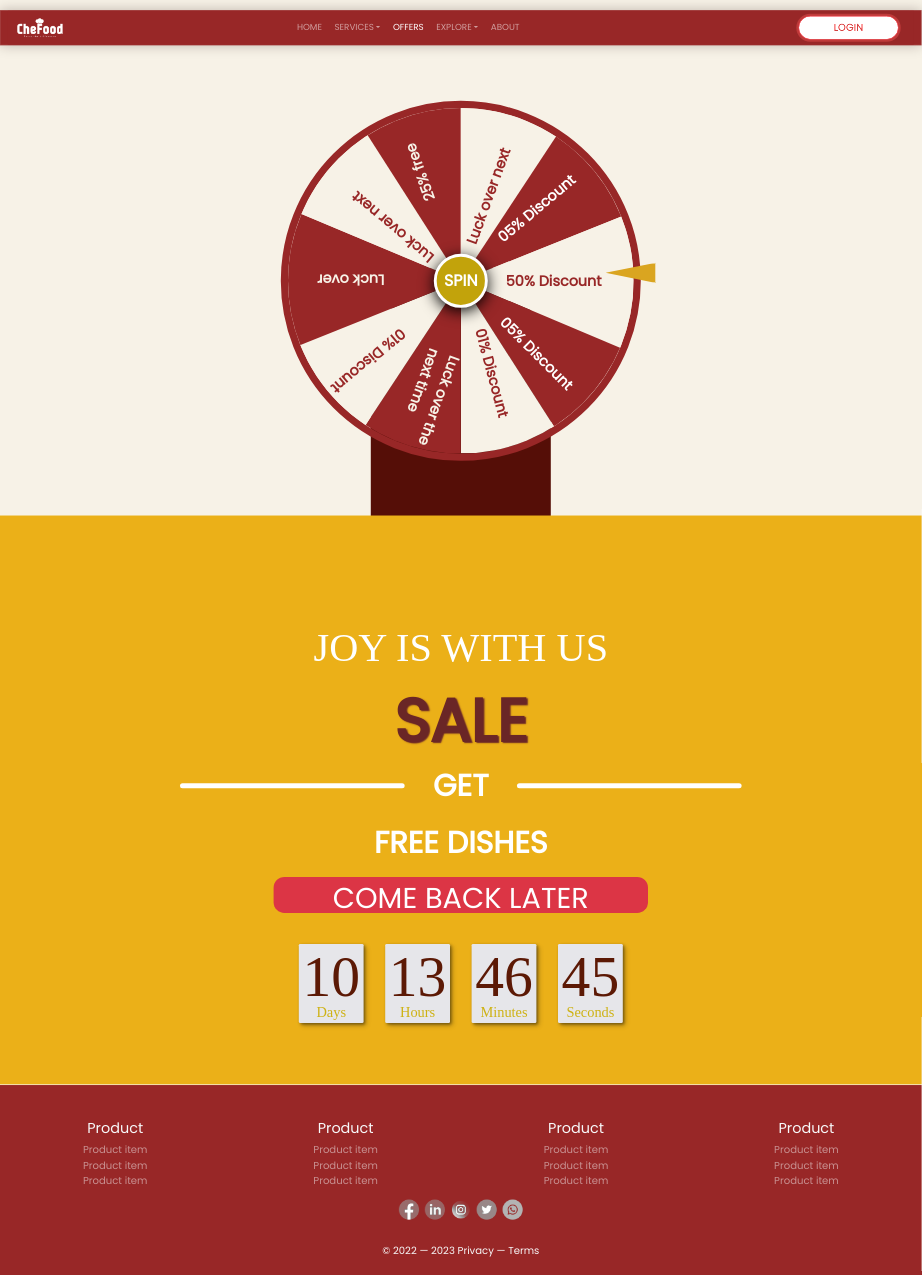
Repository: qamchamine/chefood
Page: /offers (app in front-end/)
These files come from the project's save history. The page is drawn as it stood at one moment and after a run of saves; the edit follows.
The browser window is 1280 px wide. The pictures show the whole page, at 72% of full size.
The project was rebuilt for these pictures with package versions that can differ from the ones it lists, and the page was loaded fresh each time. Some packages were replaced by stand-ins written for this rebuild. Also part of the build but not shown: front-end/src/components/small_components/ButtonMain.jsx, front-end/src/components/small_components/HomeCard.jsx, front-end/src/components/small_components/HomeCardFullSection.jsx, front-end/src/components/pages/Home.jsx, front-end/src/css/explore.css, front-end/src/components/pages/sub-pages/Gallery.jsx, front-end/src/components/pages/sub-pages/Delivery.jsx, front-end/src/components/small_components/ComponentToPrint.jsx and 28 more. Imported but missing from the stored project, and not drawn on this page: front-end/src/sounds/applause.mp3, front-end/src/sounds/wheel.mp3.

Above is the page before, as saved 2023-06-18 19:55:28.

### front-end/public/index.html
<!DOCTYPE html>
<html lang="en">
  <head>
    <meta charset="utf-8" />
    <link rel="icon" href="%PUBLIC_URL%/favicon.ico" />
    <meta name="viewport" content="width=device-width, initial-scale=1" />
    <meta name="theme-color" content="#000000" />
    <meta
      name="description"
      content="Web site created using create-react-app"
    />
    <link
    rel="stylesheet"
    href="https://fonts.googleapis.com/css?family=Roboto:400,700"
  />
    <link rel="apple-touch-icon" href="%PUBLIC_URL%/logo192.png" />
    <link rel="manifest" href="%PUBLIC_URL%/manifest.json" />

    <link rel="stylesheet" href="https://fonts.googleapis.com/icon?family=Material+Icons">

    <link rel="stylesheet" href="https://maxcdn.bootstrapcdn.com/font-awesome/4.7.0/css/font-awesome.min.css">
    <script src="https://code.jquery.com/jquery-3.5.1.min.js"></script>
    <script src="https://cdn.jsdelivr.net/npm/popper.js@1.16.0/dist/umd/popper.min.js"></script>




    <title>React App</title>
  </head>
  <body>

    <div id="root"></div>
<!--     <script src="jquery/jquery-3.6.0.js"></script>  -->
    <script src="https://unpkg.com/sweetalert/dist/sweetalert.min.js"></script>

  </body>
</html>

### front-end/src/components/pages/Offers.jsx
import React from 'react'
import WheelSpin from '../small_components/WheelSpin'
import OffersButtom from '../small_components/OffersButtom'
export default function Offers() {
  return (
    <div>


      <WheelSpin/>
      <OffersButtom/>
    </div>
  )
}

### front-end/src/css/home.css
.homeBG {
    height: fit-content;
    position: relative;
    right: -10%;
    top: 34%;
    z-index: -1;
    width: 100em !important;


}
@font-face {
    font-family: 'poppin';
    src: url('../fonts/Poppins/Poppins-Regular.ttf') ;
    font-weight: normal;
    font-style: normal;
  }
body {
    font-family:'poppin', sans-serif !important;
    background-color: #F7F2E7 !important;
    max-width: 100vw;
    font-weight: normal !important;
    overflow-x: hidden;
    font-size: 14px !important;
}

body::-webkit-scrollbar {
    width: 0;
}

.nb {
/*     position: fixed; */
/*     top: 1em; */
    background-color: #982727 !important;
    box-shadow: 0 0px 20px #1f020241;
    border: 1px solid #ffffff22;
}

.navbar {
    background-color: #982727 !important;
}

.changeColor {
    background-color: blue !important;
}

.signUP {
    background: white !important;
    color: #982727 !important;
    font-weight: bold !important;
    outline: 5px solid #982727ab;
    outline-offset: -2px;
    transition: 500ms ease;


}

.homeContent {
    height: 90vh;
    z-index: 0;
    margin-top: -1.5em !important;
}

.homeContent h1 {
    color: #F7F2E7;
    text-align: start;
width: 40vw !important;
}

.homeContent h1 span {
    position: relative;
    display: inline-block;
    margin-bottom: 10px;
    padding: 4px 20px 8px;
    transition: 1s ease;
}

.homeContent h1 span::before {
    content: '';
    position: absolute;
    background: #982727;
    left: 0;
    top: 0;
    z-index: -1;
    width: 100%;
    height: 100%;
    transform: skew(-10deg);
}

.homeContent h1 span:last-child::before {
    transform: skew(10deg);
}

.homeContent p {
    width: 72%;
    color: #982727;
    text-align: left;
}

.homeContent .homeMainButtons {
    width: 72%;
}

.cardBtn {
    transition: 1s ease;
}

.cardBtn:hover {
    filter: brightness(130%);

}

.cardBtn i {
    left: 63%;
    transition: 300ms ease;
}

.cardBtn:hover i {
    left: 75%;
}

.btnMain:hover {
    filter: brightness(130%);
}

.card-img-top {
    object-fit: cover;
}

.signUP:hover {

    background: #982727 !important;
    color: white !important;
    font-weight: bold !important;
    outline: 5px solid #ffffff55;
    outline-offset: -4px;
}

.cardsGroup:not(:first-child) {
    translate: 50% 0;
}

.arrow-1-1 {
    position: absolute;
    top: 50%;
    left: 0;
}

.home .carousel-control-prev-icon,
.home .carousel-control-next-icon {

    width: 1.3em;
    height: 1.3em;
    color:black !important;

    outline: 12px solid #982929;
    outline-offset: -1px;
    background-color: #982929;
    background-size: 100%, 100%;
    border-radius: 50%;
    box-shadow: 0 0 10px black;
}

.home .carousel-control-prev,
.home .carousel-control-next {
    z-index: 10;
    width: 4em !important;
/*     background: red; */

}

/* .py-4 {
    padding-top: 0rem !important;
    padding-bottom: 0rem !important;
} */

.nb{
    zoom:87%;
}

### front-end/src/css/delivery.css
.price {
    background: #982727;
    color: white;
    text-align: center;
    padding-block: 1em;
    border-radius: .5em;
}

.delivery-page .card {
    transition: 300ms ease;
    user-select: none;
}

.delivery-page .card ul {
    list-style-type: none;
}

.delivery-page .card:hover {
    filter: contrast(120%);
    cursor: pointer;
    outline: .3em solid #982727;
    box-shadow: 0 .4em 0px .3em #982727 !important;
}

.delivery-page {
    height: fit-content;
    display: flex;
    align-items: center;
    margin-top: 8em !important;
}
.scroll-bar-activated::-webkit-scrollbar {
    display: block !important;
    background: rgba(255, 0, 0, 0) !important;
    width: 1em !important;
}
.scroll-bar-activated{
    overflow: overlay !important;

}
.scroll-bar-activated::-webkit-scrollbar-thumb {
    display: block !important;
    background: linear-gradient(to bottom,transparent 0% 23%,#982727 20% 70%,transparent 50% 100%) !important;
    z-index: 10000000 !important;
    width: 10px !important;
}

.delivery-page>div {
    height: fit-content;
    position: relative;

}

.delivery-page>div:last-child h5 img {
    height: 11em;
}

h1.section-2{
    margin-top: 4em ;
}
.cards2{
    margin-bottom: 5em ;
}
h1{
    text-transform: uppercase;
    color: #6a2626;;
}

### front-end/src/components/small_components/WheelSpin.jsx
import React, { useEffect,useContext } from 'react'
import '../../css/spinWheel.css'
import applause from '../../sounds/applause.mp3'
import wheel from '../../sounds/wheel.mp3'
import {Link} from 'react-router-dom'
import swal from 'sweetalert2'
import { LoginContext } from '../../config/LoginContext'
export default function WheelSpin() {
  const { isLoggedIn } = useContext(LoginContext);

useEffect(() => {


    function shuffle(array) {
        var currentIndex = array.length,
          randomIndex;

        // While there remain elements to shuffle...
        while (0 !== currentIndex) {
          // Pick a remaining element...
          randomIndex = Math.floor(Math.random() * currentIndex);
          currentIndex--;

          // And swap it with the current element.
          [array[currentIndex], array[randomIndex]] = [
            array[randomIndex],
            array[currentIndex],
          ];
        }

        return array;
      }

      document.querySelector('.spin').addEventListener('click',spin)
      function spin() {
        // Play the sound
        document.querySelector('#wheel').play();
        // Inisialisasi variabel
        const box = document.getElementById("box");
        const element = document.getElementById("mainbox");
        let SelectedItem = "";

        let MagicRoaster = shuffle([1890, 2250, 2610]);
        let Sepeda = shuffle([1850, 2210, 2570]); //Kemungkinan : 100%
        let RiceCooker = shuffle([1810, 2170, 2530]);
        let LunchBox = shuffle([1770, 2130, 2490]);
        let Sanken = shuffle([1750, 2110, 2470]);
        let Electrolux = shuffle([1630, 1990, 2350]);
        let JblSpeaker = shuffle([1570, 1930, 2290]);

        // Bentuk acak
        let Hasil = shuffle([
          MagicRoaster[0],
          Sepeda[0],
          RiceCooker[0],
          LunchBox[0],
          Sanken[0],
          Electrolux[0],
          JblSpeaker[0],
        ]);
        // console.log(Hasil[0]);

        // Ambil value item yang terpilih
        if (MagicRoaster.includes(Hasil[0])) SelectedItem = "50% Discount";
        if (Sepeda.includes(Hasil[0])) SelectedItem = " 05% Discount";
        if (RiceCooker.includes(Hasil[0])) SelectedItem = "01% Discount";
        if (LunchBox.includes(Hasil[0])) SelectedItem = "Luck over the next time";
        if (Sanken.includes(Hasil[0])) SelectedItem = "01% Discount";
        if (Electrolux.includes(Hasil[0])) SelectedItem = "25% Discount";
        if (JblSpeaker.includes(Hasil[0])) SelectedItem = "05% Discount";

        // Proses
        box.style.setProperty("transition", "all ease 5s");
        box.style.transform = "rotate(" + Hasil[0] + "deg)";
        element.classList.remove("animate");
        setTimeout(function () {
          element.classList.add("animate");
        }, 5000);

        // Munculkan Alert
        setTimeout(function () {
            document.querySelector('#applause').play();
/*           swal(
            "Congratulations",
            "You Won The " + SelectedItem + ".",
            "success"
          ); */


         new swal({
            title: "Congratulations",
            text: "You Won The " + SelectedItem + ".",
            icon: "success",
            buttons: {
              confirm: {
                text: "CLAIM REWARD",
                value: true,
                className: "claim-btn"
              },
            },
          })
          .then((value) => {
            // The user clicked the "OK" button
/*             console.log("User clicked OK");
 */          });


        }, 6000);

        // Delay and set to normal state
        setTimeout(function () {
          box.style.setProperty("transition", "initial");
          box.style.transform = "rotate(90deg)";
        }, 9000);
      }


}, []);




  return (
    <div className="spinner-wheel ">
    <div className="mainbox" id="mainbox">
      <div className="box" id="box">
        <div className="box1">
          <span className="font span1"><b >  Luck over next </b></span>
          <span className="font span2"><b>05% Discount</b></span>
          <span className="font span3"><b>50% Discount</b></span>
          <span className="font span4"><b> 05%  Discount</b></span>
          <span className="font span5"><b> 01% Discount <br />
              </b></span>
        </div>
        <div className="box2">
          <span className="font span1"><b>Luck over the next time</b></span>
          <span className="font span2"><b>01% Discount </b></span>
          <span className="font span3"><b>Luck over </b></span>
          <span className="font span4"><b>Luck over next</b></span>
          <span className="font span5"><b>25% free</b></span>
        </div>
      </div>

      <div className="text-center">

	<button  className={`spin ${isLoggedIn?'':'d-none'} ` } >SPIN</button>
  {isLoggedIn?'':<button  className="trigger-btn spin" data-bs-toggle="modal" data-bs-target="#myModal">SPIN</button>}

</div>

<div id="myModal" className="modal ">
	<div className="modal-dialog position-relative modal-confirm">
		<div className="modal-content ">
			<div className="modal-header flex-column">
                <button type="button" className="btn-close " style={{translate:'80% -80%'}} data-bs-dismiss="modal" ></button>
				<div className="icon-box">
					<i className="material-icons">warning</i>
				</div>
				<h4 className="modal-title w-100 ">You need to login first !</h4>
			</div>
			<div className="modal-body">
				<p>Do you really want to delete these records? This process cannot be undone.</p>
			</div>
			<div className="modal-footer justify-content-center gap-4">

        <Link to='/register' className="btn w-25 btn-secondary"
        >Register</Link>

        <Link to='/login' className="btn w-25 px-4 ">Login</Link>
			</div>
		</div>
	</div>
</div>













    </div>
    <audio controls="controls" id="applause" src={applause} type="audio/mp3"></audio>
    <audio controls="controls" id="wheel" src={wheel} type="audio/mp3"></audio>
    <div className='spinBase'></div>
<div className=''>

</div>

  </div>
  )
}

### front-end/src/components/small_components/OffersButtom.jsx
import React from 'react'
import '../pages/style/offoreB.css'
// import  CountDown  from './CountDown'
import Timer from './Timer'


export default function OffersButtom() {
  return (
    <div className='parent-element bgBorder'>
      <div className='borderTB'></div>
        <div className=' contM '>
            <h1 className='title'>Joy is with us</h1>
                <h1 className='titleblack color-dark'>SALE</h1>
                  <p className='getparagraph'>GET</p>
                  <p>FREE DISHES</p>

                  <span className='bg-danger h1 Vbotton  '>COME BACK LATER</span>
                  {/* <CountDown duration={2 * 24 * 60 * 60 * 1000}/> */}
                  <Timer/>


        </div>
      <div className='borderTB'></div>
    </div>
  )
}

### front-end/src/components/small_components/Timer.jsx
import React, { useEffect, useState } from 'react';
import '../../css/Timer.css'

function Timer() {
  const [days, setDays] = useState('00');
  const [hours, setHours] = useState('00');
  const [minutes, setMinutes] = useState('00');
  const [seconds, setSeconds] = useState('00');

  useEffect(() => {
    function makeTimer() {
      const endTime = new Date("29 jun 2023 9:56:00 GMT+01:00");
      const endTimeInSeconds = Date.parse(endTime) / 1000;

      const now = new Date();
      const nowInSeconds = Date.parse(now) / 1000;

      const timeLeft = endTimeInSeconds - nowInSeconds;

      const calculatedDays = Math.floor(timeLeft / 86400);
      const calculatedHours = Math.floor((timeLeft - calculatedDays * 86400) / 3600);
      const calculatedMinutes = Math.floor((timeLeft - calculatedDays * 86400 - calculatedHours * 3600) / 60);
      const calculatedSeconds = Math.floor(timeLeft - calculatedDays * 86400 - calculatedHours * 3600 - calculatedMinutes * 60);

      const formattedHours = calculatedHours < 10 ? `0${calculatedHours}` : calculatedHours.toString();
      const formattedMinutes = calculatedMinutes < 10 ? `0${calculatedMinutes}` : calculatedMinutes.toString();
      const formattedSeconds = calculatedSeconds < 10 ? `0${calculatedSeconds}` : calculatedSeconds.toString();

      setDays(calculatedDays.toString());
      setHours(formattedHours);
      setMinutes(formattedMinutes);
      setSeconds(formattedSeconds);
    }

    const timerInterval = setInterval(makeTimer, 100);

    return () => {
      clearInterval(timerInterval);
    };
  }, []);

  return (
    <div className='timer'>
      <div id="days" className='timerD' >{days}<span className='Stime'>Days</span></div>
      <div id="hours"  className='timerD'>{hours}<span className='Stime'>Hours</span></div>
      <div id="minutes" className='timerD' >{minutes}<span className='Stime'>Minutes</span></div>
      <div id="seconds" className='timerD' >{seconds}<span className='Stime'>Seconds</span></div>
    </div>
  );
}

export default Timer;

### front-end/src/css/location.css
@import url('https://fonts.googleapis.com/css2?family=Roboto:wght@100&display=swap');

.location-color
{
  color : #982727;
  text-transform: uppercase;
  letter-spacing: 0.3em;
}
.where-restorant
{
    width: 459px;
    margin:auto;
}
.restorant-location-title{
    font-family: 'Century Gothic';
    font-size:32px;
    font-weight:400;
}
.restorant-location-line{
    background:#B12222;
    height: 3px;
    width: 450px;
    display: inline-block;
    margin: 15px auto;
}
.restorant-location-p
{
    color:#000000 75%;
    font-size: 15px;
    font-weight: 400;
    font-family: 'Roboto', sans-serif;
}
.main-location{
    display: grid !important;
    grid-template-columns: repeat(2, 1fr);
    flex-direction: column;
    justify-content: center;
    align-items: center;
    text-align:center;
}
.restorant-location-btn{
    background-color: #B12222;
    border: none;
    width: 300px;
    height: 40px;
    border-radius: 15px;
    color: #fff;
}
.restorant-location-btn:hover{
    background-color: #fff;
    border: 2px solid #B12222;
    border-radius: 15px;
    color: #B12222;
}
.location-icon{
    margin-right: 15px;
}


  @media (max-width: 1123px) { /* Extra large devices (large desktops, 1200px and up) */
    .earth-image img{
        width: 450px;
    }
  }
  @media (max-width: 992px) { /* Medium devices (tablets, 768px and up) */
    .earth-image img{
        width: 400px;
    }
    .where-restorant {
        width: 400px;
        margin: auto;
    }
    .restorant-location-line{
        width: 350px;
        display: inline-block;
    }
  }
  @media (max-width: 868px) { /* Medium devices (tablets, 768px and up) */

    .earth-image img{
        width: 380px;
    }
    .where-restorant {
        width: 380px;
        margin: auto;
    }
    .restorant-location-line{
        width: 320px;
        display: inline-block;
    }
    .restorant-location-p{
        font-size: 13px;
    }
    .restorant-location-title{
        font-size:28px;
    }

  }
  @media (max-width: 783px) { /* Small devices (landscape phones, 576px and up) */
    .earth-image img{
        margin-top: 30px;
        width: 380px;
    }
    .where-restorant {
        width: 380px;
        margin: auto;
    }
    .restorant-location-line{
        width: 320px;
        display: inline-block;
    }
    .restorant-location-p{
        font-size: 15px;
    }
    .restorant-location-title{
        font-size:32px;
    }
    .main-location{
        display: grid !important;
        grid-template-columns: repeat(1, 1fr);
        justify-items: center;
        text-align:center;
    }
  }
  @media(max-width: 401px){ /* Small devices (landscape phones, 576px and up) */
    .earth-image img{
        width: 330px;
        margin-top: 30px;
    }
    .where-restorant {
        width: 330px;
        margin: auto;
    }
    .restorant-location-line{
        width: 320px;
        display: inline-block;
    }
    .restorant-location-p{
        font-size: 13px;
    }
    .restorant-location-title{
        font-size:28px;
    }
    .main-location{
        display: grid !important;
        grid-template-columns: repeat(1, 1fr);
        justify-items: center;
        text-align:center;
    }
  }

### front-end/src/css/Timer.css

@import url(https://fonts.googleapis.com/css?family=Titillium+Web:400,200,200italic,300,300italic,900,700italic,700,600italic,600,400italic);

/* .timer {
  font-family: 'Titillium Web', cursive;
  width: 800px;
  margin: 0 auto;
  text-align: center;
  color: white;
  background: #222;
  font-weight: 100;
} */

.timer {
  display: inline-flex;
  line-height: 1;
  padding: 20px;
  font-size: 40px;
  font-family: 'Times New Roman', cursive;


}
.timerD{
    border-radius: 2px;
    padding: 5px;
    font-size: 10px;
    border: 70px rgb(131, 55, 55);
    box-shadow:2px 2px 4px rgba(0, 0, 0, 0.4), 4px 4px 8px rgba(0, 0, 0, 0.2);
}

.Stime {
  display: block;
  font-size: 20px;
  color: rgb(206, 178, 19);

}

#days {
  font-size: 80px;
  color: rgb(92, 25, 5);
  background-color:rgb(230, 230, 234);

  margin: 15px;
}
#hours {
  font-size: 80px;
  color: rgb(92, 25, 5);
  background-color:rgb(230, 230, 234);
  margin: 15px;
}
#minutes {
  font-size: 80px;

  color: rgb(92, 25, 5);
  background-color:rgb(230, 230, 234);
  margin: 15px;
}
#seconds {
  font-size: 80px;
  color: rgb(92, 25, 5);
  background-color:rgb(230, 230, 234);
  margin: 15px;
}

Loaded but not shown: front-end/src/index.css (common file); front-end/src/App.js (39 lines, source omitted); front-end/src/config/LoginContext.js (68 lines, source omitted); front-end/src/index.js (20 lines, source omitted); front-end/src/css/reservation.css (400 lines, source omitted); front-end/src/css/spinWheel.css (284 lines, source omitted); front-end/src/components/Navbar.jsx (162 lines, source omitted); front-end/src/css/nav-footer.css (260 lines, source omitted); front-end/src/css/contactus.css (178 lines, source omitted); front-end/src/components/pages/style/offoreB.css (191 lines, source omitted); front-end/src/components/Footer.jsx (57 lines, source omitted)

After the next 2 saves:
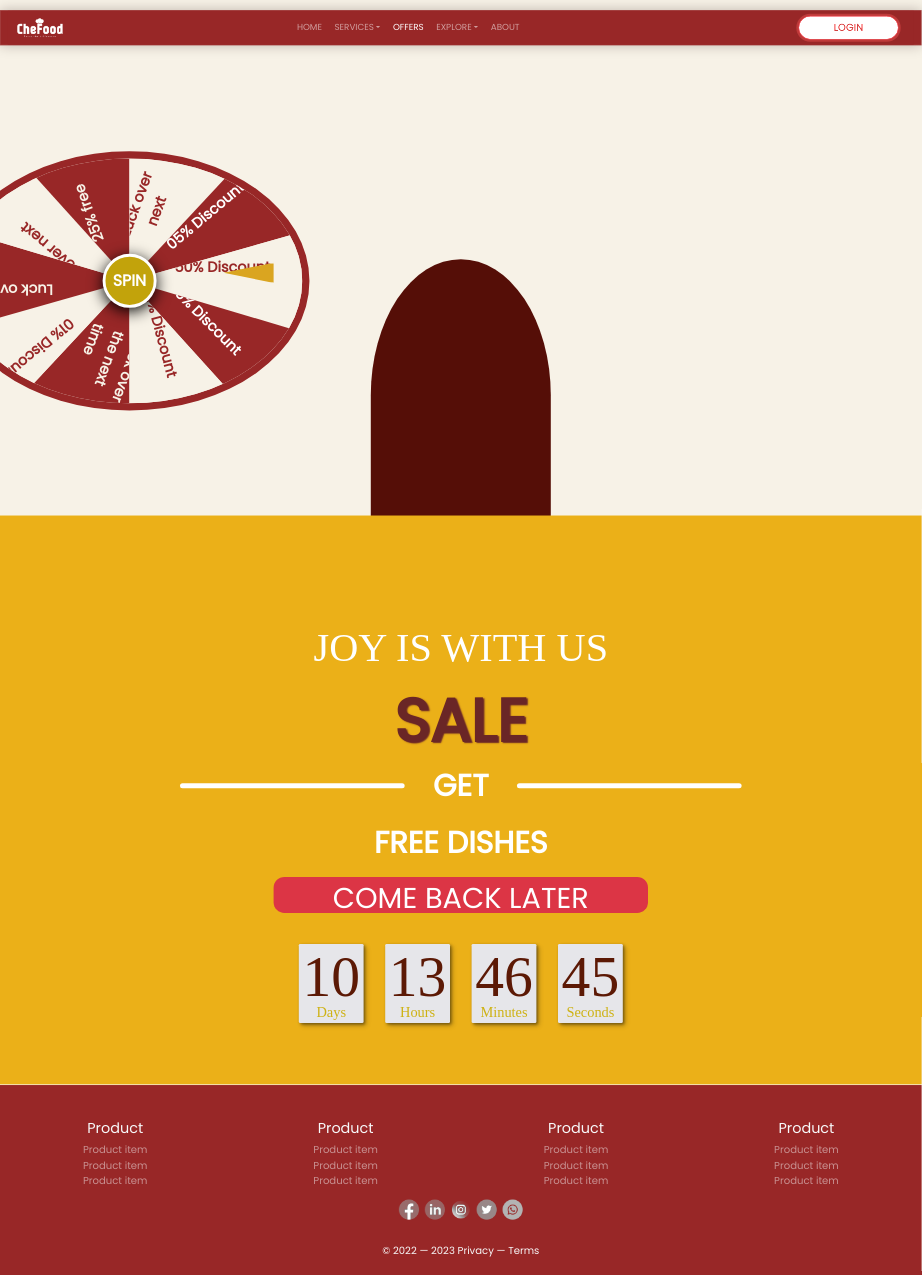
The 2 saves are shown as one change because they came seconds apart.
The last was saved 14 s later.
--- a/front-end/src/components/small_components/WheelSpin.jsx
+++ b/front-end/src/components/small_components/WheelSpin.jsx
@@ -188,7 +188,7 @@ useEffect(() => {
     <audio controls="controls" id="applause" src={applause} type="audio/mp3"></audio>
     <audio controls="controls" id="wheel" src={wheel} type="audio/mp3"></audio>
     <div className='spinBase'></div>
-<div className=''>
+<div className='bg-danger w-100'>
 
 </div>
 
